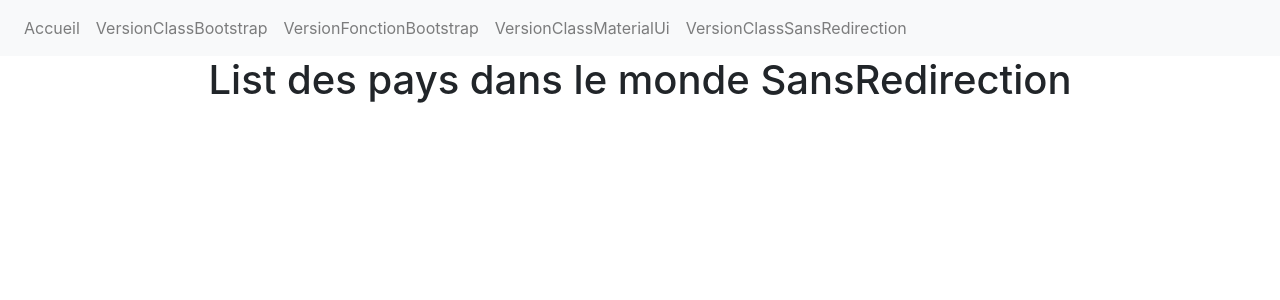
Repository: LudovicB21/CountryTest
Page: /VersionSansRedirection
These files come from the project's save history. The page is drawn as it stood at one moment and after the next save; the edit follows.
The browser window is 1280 px wide. The pictures show the whole page.
The page's requests for data from a server got no answer. The project was rebuilt for these pictures with package versions that can differ from the ones it lists, and the page was loaded fresh each time. No one was signed in, and anything a server would have sent is missing. Also part of the build but not shown: src/components/VersionClassBootstrap/ListPays.components.js, src/components/VersionClassMaterialUi/ListPays.components.js, src/components/VersionFonctionBoostrap/ListPays.components.js, src/components/Accueil.js, src/components/VersionClassBootstrap/InfoPays.components.js, src/components/VersionClassMaterialUi/InfoPays.components.js, src/components/VersionFonctionBoostrap/InfoPays.components.js.

Above is the page before, as saved 2020-10-29 12:00:50.

After the next save:
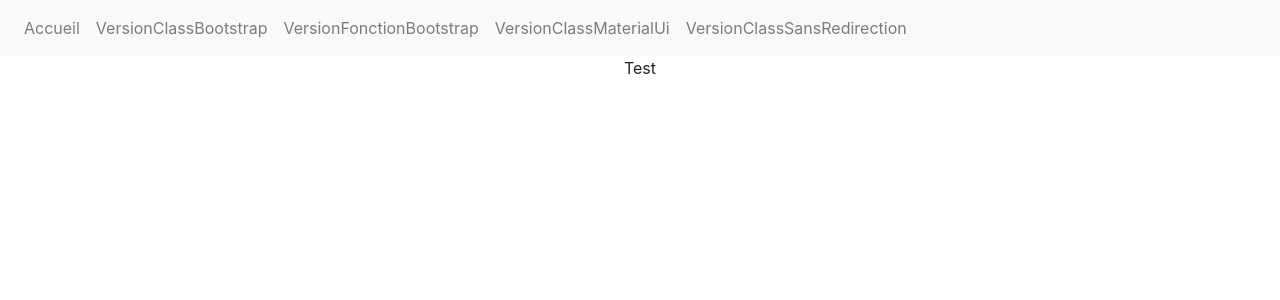
Saved 4 s later.
--- a/src/components/VersionSansRedirection/ListPays.component.js
+++ b/src/components/VersionSansRedirection/ListPays.component.js
@@ -19,7 +19,7 @@ class Pays extends Component{
 
   render(){
     console.log(this.state.infoPays.length)
-    if(!this.state.infoPays.length === 0){
+    if(this.state.infoPays.length !== 0){
       return (
         <div> Test </div>
       )

After the save that followed:
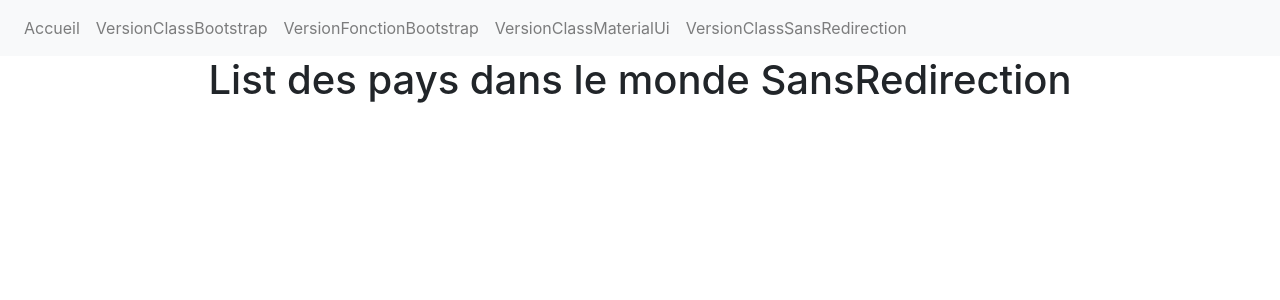
Saved 4 s later.
--- a/src/components/VersionSansRedirection/ListPays.component.js
+++ b/src/components/VersionSansRedirection/ListPays.component.js
@@ -4,7 +4,7 @@ import {Link} from 'react-router-dom'
 class Pays extends Component{
   state = {
     items: [],
-    infoPays: ["test"]
+    infoPays: []
   }
 
   componentDidMount(){
